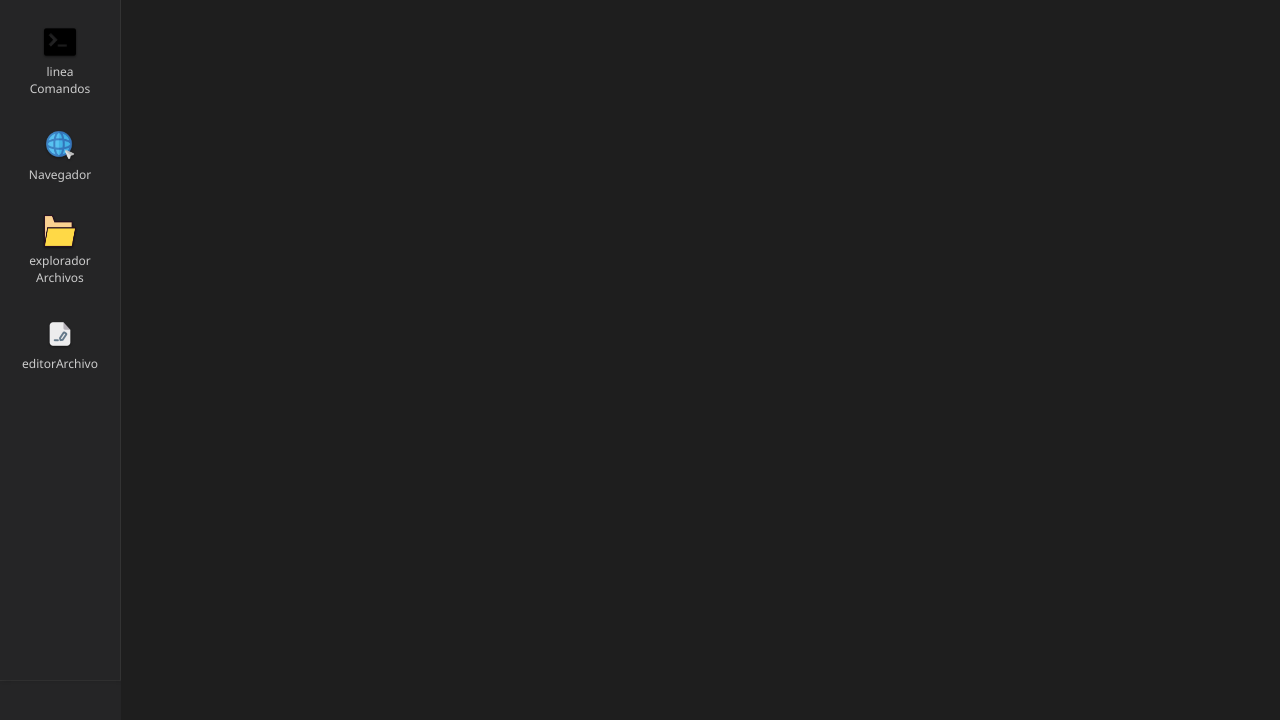
Repository: ValdezGalia/ProgramacionWebUcab
Page: lan-01.html
These files come from the project's save history. The page is drawn as it stood at one moment and after the next save; the edit follows.
The browser window is 1280 px wide. The pictures show the whole page.

Above is the page before, as saved 2025-11-13 17:37:30.
Console error: TypeError: Cannot read properties of null (reading 'addEventListener')

### lan-01.html
<!DOCTYPE html>
<html lang="es">

<head>
    <meta charset="UTF-8">
    <meta name="viewport" content="width=device-width, initial-scale=1.0">
    <meta name="author" content="Orlando Valdez / Jenry Youssef / Oscar Torres">
    <link rel="stylesheet" href="/style/lan-01.css">
    <title>NetOps Workstation: Estación de Trabajo</title>
</head>

<body>
    <main id="workstation-container">

        <nav id="app-navigation" aria-label="Aplicaciones de la estación de trabajo">
            <ul id="app-list">
                <li><a href="#" data-tool="lineaComandos"><img src="assets/img/terminal.png" class="app-icon" alt="lineaComandos">linea Comandos</a></li>
                <li><a href="#" data-tool="navegador"><img src="assets/img/navweb.png" class="app-icon" alt="Navegador">Navegador</a></li>
                <li><a href="#" data-tool="exploradorArchivos"><img src="assets/img/exploarch.png" class="app-icon" alt="exploradorArchivos">explorador Archivos</a></li>
                <li><a href="#" data-tool="editorArchivo"><img src="assets/img/editArchivo.png" class="app-icon" alt="editorArchivo">editorArchivo</a></li>
            </ul>
        </nav>

        <hr>
        <!-- Contenedor de herramientas de forma dinamica y sostenible -->
        <section id="application-display">
            <iframe id="tool-iframe" src="pages/lineaComandos.html" sandbox="allow-scripts allow-same-origin"
                title="Aplicación interactiva" width="99.5%" height="700px"></iframe>
        </section>

    </main>

    <footer aria-label="Estado y Diagnóstico">
        <p>Estado de la Estación: Conectada | <span class="user">Usuario</span></p>
    </footer>

    <script src="js/lan-windows-01.js"></script>

</body>

</html>

### style/lan-01.css

/* Colores de la interfaz: Estilo Oscuro */
:root {
    --bg-primary: #1e1e1e; /* Fondo principal (Oscuro) */
    --bg-secondary: #252526; /* Fondo de contenedores/paneles */
    --color-text: #cccccc; /* Texto principal */
    --color-accent: #0078d4; /* Azul de acento (como Windows) */
    --border-color: #333333; /* Color de borde y separadores */
}

/* Base Global */
html, body {
    height: 100%;
    margin: 0;
    padding: 0;
    font-family: 'Segoe UI', Tahoma, Geneva, Verdana, sans-serif; /* Fuente tipo Windows */
    background-color: var(--bg-primary);
    color: var(--color-text);
    overflow-y: hidden;
}

/* Contenedor Principal (Simula el Escritorio) */
#workstation-container {
    display: flex;
    flex-direction: row; /* Navegación a la izquierda, área de trabajo a la derecha */
    height: calc(100vh - 40px); /* 100% del alto menos el footer */
}

#app-navigation {
    width: 120px;
    background-color: var(--bg-secondary);
    padding: 10px 0;
    border-right: 1px solid var(--border-color);
    box-shadow: 2px 0 5px rgba(0, 0, 0, 0.2);
}

#app-list {
    display: flex;
    flex-direction: column;
    list-style: none;
    margin: 0;
    padding: 0;
}

#app-list li {
    margin: 5px 0;
}

#app-list a {
    display: flex;
    flex-direction: column;
    justify-content: center;
    align-items: center;
    text-decoration: none;

    color: var(--color-text);
    background-color: transparent;
    padding: 10px 5px;
    margin: 0 auto;
    width: 90px;
    border: 1px solid transparent;
    border-radius: 4px;
    transition: background-color 0.2s, border-color 0.2s;
}

.app-icon {
    width: 32px;
    height: 32px;
    margin-bottom: 5px;
    filter: drop-shadow(0 1px 1px rgba(0, 0, 0, 0.5));
}

#app-list a {
    font-size: 0.75em;
    font-weight: 400;
    text-align: center;
    color: var(--color-text);
}

#app-list a:hover {
    background-color: rgba(255, 255, 255, 0.1);
    border-color: rgba(255, 255, 255, 0.2);
    cursor: pointer;
}

#app-list a.active {
    background-color: var(--color-accent);
    border-color: var(--color-accent);
    color: white;
}

#app-list a.active span {
    color: white;
}

#application-display {
    flex-grow: 1;
    padding: 10px;
    background-color: var(--bg-primary);
    overflow: hidden;
}

#tool-iframe {
    width: 100%;
    height: 100%;
    border: 1px solid var(--border-color);
    border-radius: 5px;
    background-color: white;
}

hr {
    display: none;
}

footer {
    height: 40px;
    display: flex;
    justify-content: flex-end;
    align-items: center;
    background-color: var(--bg-secondary);
    border-top: 1px solid var(--border-color);
    padding: 0 15px;
    font-size: 0.9em;
}

.user {
    font-weight: bold;
    color: var(--color-accent);
}

/* --- Estilos de la Ventana de Aplicación (Simulación) --- */

/* Contenedor principal de la ventana (reemplaza al iframe directo) */
.app-window {
    position: absolute; /* Permite que flote sobre el fondo */
    top: 20px;
    left: 20px;
    width: 600px; /* Tamaño inicial de la ventana */
    height: 400px;
    background-color: var(--bg-secondary);
    border: 1px solid var(--border-color);
    border-radius: 5px;
    box-shadow: 0 10px 20px rgba(0, 0, 0, 0.4);
    display: flex;
    flex-direction: column;
    z-index: 100; /* Asegura que esté por encima de otros elementos */
    overflow: hidden;
    resize: both; /* Permite redimensionar con el ratón (opcional) */
    min-width: 300px;
    min-height: 200px;
    transition: all 0.3s ease;
}

/* Barra de Título de la Ventana */
.window-titlebar {
    display: flex;
    justify-content: space-between;
    align-items: center;
    padding: 5px 10px;
    background-color: #3f3f3f; /* Color de la barra de título */
    color: white;
    font-size: 0.9em;
    cursor: move; /* Indica que la ventana se puede arrastrar (aunque no implementaremos el arrastre sin una librería) */
    border-bottom: 1px solid var(--border-color);
}

.window-controls button {
    background: none;
    border: none;
    color: white;
    font-size: 1.2em;
    margin-left: 5px;
    cursor: pointer;
    padding: 2px 5px;
    transition: background-color 0.1s;
}

.window-controls button:hover {
    background-color: rgba(255, 255, 255, 0.2);
}

/* El contenido del iframe debe ocupar el resto del espacio */
.window-content {
    flex-grow: 1;
}

.window-content iframe {
    width: 100%;
    height: 100%;
    border: none; /* Quitamos el borde del iframe interno */
    display: block;
}

/* --- ESTADOS DE LA VENTANA --- */

/* 1. Estado Maximizado (Ocupa todo el área de display) */
.app-window.maximized {
    position: absolute;
    top: 0;
    left: 0;
    width: 100%;
    height: 100%;
    border-radius: 0;
    resize: none;
    transition: all 0.3s ease;
}

/* 2. Estado Minimizado (Oculta la ventana) */
.app-window.minimized {
    display: none; /* Oculta el iframe, pero lo mantiene "abierto" lógicamente */
}

/* Ejemplo de CSS que necesitas en lan-01.css */

/* Contenedor principal para limitar el arrastre */
#application-display {
    position: relative; /* Importante para que las ventanas absolutas se posicionen respecto a él */
    /* Define un alto fijo para que las ventanas no se escapen, e.g., 700px */
    height: 750px;
    overflow: hidden; /* Opcional: Oculta partes de ventanas si intentan salirse */
}

/* La ventana de la aplicación */
.app-window {
    position: absolute; /* CLAVE para poder manipular top/left */
    /* Establece un tamaño y estilo inicial para la ventana */
    width: 600px;
    min-height: 400px;
    background: #f0f0f0;
    border: 1px solid #aaa;
    box-shadow: 0 4px 8px rgba(0, 0, 0, 0.2);
    /* El z-index es manejado por JS, pero un valor inicial es bueno */
    z-index: 100;
}

### js/lan-windows-01.js
// document.addEventListener('DOMContentLoaded', () => {
// const mainContainer = document.getElementById('application-display');
// const navLinks = document.querySelectorAll('#app-list a');
// let currentWindow = null; // Referencia a la ventana activa

// // Tu único iframe original
// const originalIframe = document.getElementById('tool-iframe');

// // 1. Ocultar el iframe original y prepararlo para ser el contenido de la ventana
// originalIframe.style.display = 'none';

// // 2. Función para crear la estructura de la ventana
// const createWindowStructure = (toolName) => {
//     // Si ya hay una ventana, ciérrala primero para evitar múltiples ventanas (o puedes manejar múltiples)
//     if (currentWindow) {
//         currentWindow.remove();
//     }

//     // Crear el contenedor de la ventana
//     const windowDiv = document.createElement('div');
//     windowDiv.classList.add('app-window');
//     windowDiv.setAttribute('data-tool', toolName);

//     // Crear la barra de título
//     const titleBar = document.createElement('div');
//     titleBar.classList.add('window-titlebar');
//     titleBar.innerHTML = `
//         <span>${toolName}</span>
//         <div class="window-controls">
//             <button class="minimize-btn" title="Minimizar">—</button>
//             <button class="maximize-btn" title="Maximizar">□</button>
//             <button class="close-btn" title="Cerrar">✕</button>
//         </div>
//     `;

//     // Contenedor para el Iframe
//     const contentDiv = document.createElement('div');
//     contentDiv.classList.add('window-content');

//     // Mueve el iframe original dentro del contenido de la ventana
//     contentDiv.appendChild(originalIframe);
//     originalIframe.style.display = 'block'; // Mostrarlo dentro de la ventana

//     // Ensamblar la ventana
//     windowDiv.appendChild(titleBar);
//     windowDiv.appendChild(contentDiv);
//     mainContainer.appendChild(windowDiv);
//     currentWindow = windowDiv;

//     // Añadir manejadores de eventos a los botones
//     handleWindowControls(windowDiv, titleBar);
// };

// // 3. Manejar la lógica de los botones de control (Minimizar/Maximizar/Cerrar)
// const handleWindowControls = (windowDiv, titleBar) => {
//     const minimizeBtn = windowDiv.querySelector('.minimize-btn');
//     const maximizeBtn = windowDiv.querySelector('.maximize-btn');
//     const closeBtn = windowDiv.querySelector('.close-btn');

//     // Cerrar
//     closeBtn.addEventListener('click', () => {
//         windowDiv.classList.add('minimized'); // Lo "minimizamos" para quitarlo de la vista
//         windowDiv.remove(); // Opcional: Eliminar la ventana del DOM
//         currentWindow = null;
//         navLinks.forEach(navLink => navLink.classList.remove('active')); // Desactivar el ícono
//         // Devolvemos el iframe original al contenedor principal para que pueda volver a usarse
//         mainContainer.appendChild(originalIframe);
//         originalIframe.style.display = 'none';
//     });

//     // Minimizar (ocultar)
//     minimizeBtn.addEventListener('click', () => {
//         windowDiv.classList.toggle('minimized');
//         // Nota: Podrías querer un efecto de "barra de tareas" aquí en el footer
//     });

//     // Maximizar/Restaurar
//     maximizeBtn.addEventListener('click', () => {
//         windowDiv.classList.toggle('maximized');
//         // Cambiar el ícono del botón
//         maximizeBtn.innerHTML = windowDiv.classList.contains('maximized') ? '🗗' : '□';
//     });

//     // Extra: Clic en la barra de título trae la ventana al frente
//     titleBar.addEventListener('mousedown', () => {
//         windowDiv.style.zIndex = getHighestZIndex() + 1;
//     });
// };

// // Función auxiliar para traer la ventana al frente (simulación Z-Index)
// const getHighestZIndex = () => {
//     const zIndexes = Array.from(document.querySelectorAll('.app-window')).map(el => {
//         return parseInt(el.style.zIndex) || 0;
//     });
//     return zIndexes.length ? Math.max(...zIndexes) : 100;
// };

// // 4. Lógica para manejar el clic en la barra de navegación
// const setActiveTool = (link) => {
//     navLinks.forEach(navLink => navLink.classList.remove('active'));
//     link.classList.add('active');

//     const toolName = link.getAttribute('data-tool');
//     const newSrc = `pages/${toolName}.html`;

//     // 5. Crear o restaurar la ventana
//     if (!currentWindow || currentWindow.getAttribute('data-tool') !== toolName) {
//         // Si no hay ventana o es una aplicación diferente
//         createWindowStructure(toolName);
//         originalIframe.src = newSrc; // Cargar la nueva URL
//     } else if (currentWindow.classList.contains('minimized')) {
//         // Si la aplicación ya está abierta pero minimizada, restaurarla
//         currentWindow.classList.remove('minimized');
//     }

//     // Traer la ventana al frente
//     currentWindow.style.zIndex = getHighestZIndex() + 1;
// };

// // Agregar oyentes de eventos a los enlaces de navegación
// navLinks.forEach(link => {
//     link.addEventListener('click', (event) => {
//         event.preventDefault();
//         setActiveTool(link);
//     });
// });

// // Estado inicial: Desactivar todos los íconos al inicio
// navLinks.forEach(navLink => navLink.classList.remove('active'));
// });

document.addEventListener('DOMContentLoaded', () => {
    const mainContainer = document.getElementById('application-display');
    const navLinks = document.querySelectorAll('#app-list a');
    let currentWindow = null; // Referencia a la ventana activa

    // Tu único iframe original
    const originalIframe = document.getElementById('tool-iframe');

    // 1. Ocultar el iframe original y prepararlo para ser el contenido de la ventana
    originalIframe.style.display = 'none';

    // ==========================================================
    // NUEVA FUNCIONALIDAD DE ARRASTRE
    // ==========================================================
    const makeWindowDraggable = (windowDiv, titleBar) => {
        let isDragging = false;
        let offset = { x: 0, y: 0 };

        titleBar.addEventListener('mousedown', (e) => {
            // Impedir arrastrar si se hizo clic en un control de la ventana (cerrar, minimizar, etc.)
            if (e.target.closest('.window-controls')) {
                return;
            }

            isDragging = true;
            // Asegurarse de que la ventana esté posicionada absolutamente para poder arrastrarla
            if (windowDiv.style.position !== 'absolute') {
                windowDiv.style.position = 'absolute';
            }

            // Calcular el desplazamiento inicial (diferencia entre el clic y la posición de la ventana)
            offset.x = e.clientX - windowDiv.offsetLeft;
            offset.y = e.clientY - windowDiv.offsetTop;

            // Traer la ventana al frente al comenzar el arrastre
            windowDiv.style.zIndex = getHighestZIndex() + 1;

            // Impedir la selección de texto mientras se arrastra
            titleBar.style.cursor = 'grabbing';
        });

        document.addEventListener('mousemove', (e) => {
            if (!isDragging) return;

            // Calcular las nuevas posiciones
            let newX = e.clientX - offset.x;
            let newY = e.clientY - offset.y;

            // Opcional: Limitar el movimiento a los bordes del contenedor principal (mainContainer)
            const parentRect = mainContainer.getBoundingClientRect();
            const windowRect = windowDiv.getBoundingClientRect();

            // Asegurar que no se mueva más allá del borde izquierdo y superior
            newX = Math.max(0, newX);
            newY = Math.max(0, newY);

            // Asegurar que no se mueva más allá del borde derecho e inferior
            // Se resta la altura/ancho de la ventana para calcular el límite
            newX = Math.min(newX, parentRect.width - windowRect.width);
            newY = Math.min(newY, parentRect.height - windowRect.height);

            // Aplicar las nuevas posiciones
            windowDiv.style.left = `${newX}px`;
            windowDiv.style.top = `${newY}px`;
        });

        document.addEventListener('mouseup', () => {
            if (isDragging) {
                isDragging = false;
                titleBar.style.cursor = 'grab';
            }
        });
    };
    // ==========================================================

    // 2. Función para crear la estructura de la ventana
    const createWindowStructure = (toolName) => {
        // Si ya hay una ventana, ciérrala primero para evitar múltiples ventanas (o puedes manejar múltiples)
        if (currentWindow) {
            currentWindow.remove();
        }

        // Crear el contenedor de la ventana
        const windowDiv = document.createElement('div');
        windowDiv.classList.add('app-window');
        windowDiv.setAttribute('data-tool', toolName);

        // **IMPORTANTE**: Establecer una posición inicial (para que el arrastre funcione correctamente)
        // Puedes ajustar estos valores según dónde quieres que aparezca por primera vez.
        windowDiv.style.position = 'absolute';
        windowDiv.style.top = '50px';
        windowDiv.style.left = '50px';

        // Crear la barra de título
        const titleBar = document.createElement('div');
        titleBar.classList.add('window-titlebar');
        titleBar.innerHTML = `
            <span>${toolName}</span>
            <div class="window-controls">
                <button class="minimize-btn" title="Minimizar">—</button>
                <button class="maximize-btn" title="Maximizar">□</button>
                <button class="close-btn" title="Cerrar">✕</button>
            </div>
        `;

        // Contenedor para el Iframe
        const contentDiv = document.createElement('div');
        contentDiv.classList.add('window-content');

        // Mueve el iframe original dentro del contenido de la ventana
        contentDiv.appendChild(originalIframe);
        originalIframe.style.display = 'block'; // Mostrarlo dentro de la ventana

        // Ensamblar la ventana
        windowDiv.appendChild(titleBar);
        windowDiv.appendChild(contentDiv);
        mainContainer.appendChild(windowDiv);
        currentWindow = windowDiv;

        // Añadir manejadores de eventos a los botones y hacer la ventana arrastrable
        handleWindowControls(windowDiv, titleBar);
        // LLAMADA CLAVE: Hacer la ventana arrastrable
        makeWindowDraggable(windowDiv, titleBar);
    };

    // 3. Manejar la lógica de los botones de control (Minimizar/Maximizar/Cerrar)
    const handleWindowControls = (windowDiv, titleBar) => {
        const minimizeBtn = windowDiv.querySelector('.minimize-btn');
        const maximizeBtn = windowDiv.querySelector('.maximize-btn');
        const closeBtn = windowDiv.querySelector('.close-btn');

        // Cerrar
        closeBtn.addEventListener('click', () => {
            windowDiv.classList.add('minimized'); // Lo "minimizamos" para quitarlo de la vista
            windowDiv.remove(); // Opcional: Eliminar la ventana del DOM
            currentWindow = null;
            navLinks.forEach(navLink => navLink.classList.remove('active')); // Desactivar el ícono
            // Devolvemos el iframe original al contenedor principal para que pueda volver a usarse
            mainContainer.appendChild(originalIframe);
            originalIframe.style.display = 'none';
        });

        // Minimizar (ocultar)
        minimizeBtn.addEventListener('click', () => {
            windowDiv.classList.toggle('minimized');
            // Nota: Podrías querer un efecto de "barra de tareas" aquí en el footer
        });

        // Maximizar/Restaurar
        maximizeBtn.addEventListener('click', () => {
            windowDiv.classList.toggle('maximized');
            // Cambiar el ícono del botón
            maximizeBtn.innerHTML = windowDiv.classList.contains('maximized') ? '🗗' : '□';
        });

        // Extra: Clic en la barra de título trae la ventana al frente (sin arrastrar)
        titleBar.addEventListener('mousedown', (e) => {
             if (!e.target.closest('.window-controls')) { // Solo si no se hizo clic en un control
                windowDiv.style.zIndex = getHighestZIndex() + 1;
             }
        });
    };

    // Función auxiliar para traer la ventana al frente (simulación Z-Index)
    const getHighestZIndex = () => {
        // Asume que las ventanas comienzan en un z-index base de 100
        const zIndexes = Array.from(document.querySelectorAll('.app-window')).map(el => {
            return parseInt(el.style.zIndex) || 100;
        });
        return zIndexes.length ? Math.max(...zIndexes) : 100;
    };

    // 4. Lógica para manejar el clic en la barra de navegación
    const setActiveTool = (link) => {
        navLinks.forEach(navLink => navLink.classList.remove('active'));
        link.classList.add('active');

        const toolName = link.getAttribute('data-tool');
        const newSrc = `pages/${toolName}.html`;

        // 5. Crear o restaurar la ventana
        if (!currentWindow || currentWindow.getAttribute('data-tool') !== toolName) {
            // Si no hay ventana o es una aplicación diferente
            createWindowStructure(toolName);
            originalIframe.src = newSrc; // Cargar la nueva URL
        } else if (currentWindow.classList.contains('minimized')) {
            // Si la aplicación ya está abierta pero minimizada, restaurarla
            currentWindow.classList.remove('minimized');
        }

        // Traer la ventana al frente
        currentWindow.style.zIndex = getHighestZIndex() + 1;
    };

    // Agregar oyentes de eventos a los enlaces de navegación
    navLinks.forEach(link => {
        link.addEventListener('click', (event) => {
            event.preventDefault();
            setActiveTool(link);
        });
    });

    // Estado inicial: Desactivar todos los íconos al inicio
    navLinks.forEach(navLink => navLink.classList.remove('active'));
});

### pages/lineaComandos.html
<!DOCTYPE html>
<html lang="es">
<head>
    <meta charset="UTF-8">
    <meta name="viewport" content="width=device-width, initial-scale=1.0">
    <meta name="description" content="Un linea de comandos (CLI) basada en diseño de la de linux">
    <link rel="stylesheet" href="/style/commandline.css">
    <title>Linea de comandos</title>
</head>
<body>
    <div id="terminal-window">
        <pre id="terminal-output">Bienvenido al Simulador. Escriba 'help' para comenzar.</pre>

        <div id="command-line">
            <span id="prompt">user@simulador:~$ > </span>
            <input type="text" id="command-input" autofocus>
        </div>
    </div>

    <script src="../js/commandline.js"></script>
</body>
</html>

### style/commandline.css
* {
    margin: 0px;
    padding: 0px;
}

html, body{
    margin: 0;
    padding: 0;
    width: 100%;
    height: 100%;
    overflow: hidden;
    background-color: #333;
}

textarea{
    display: block;
    display: block;
    width: 100%;
    height: 100%;
    box-sizing: border-box;
    border: none;
    outline: none;
    resize: none;
    font-family: monospace;
    padding: 10px;
    background-color: #2036;
    color: white;
}

### js/commandline.js
const textarea = document.getElementById('cli');

textarea.addEventListener('keypress', ({keyCode}) => {
    if(keyCode === 13){
        const command = textarea.value;

        switch (command) {
            case 'ping':
                console.log("Hola mundo")

            break;

            default:
                break;
        }

    }
})

After the next save:
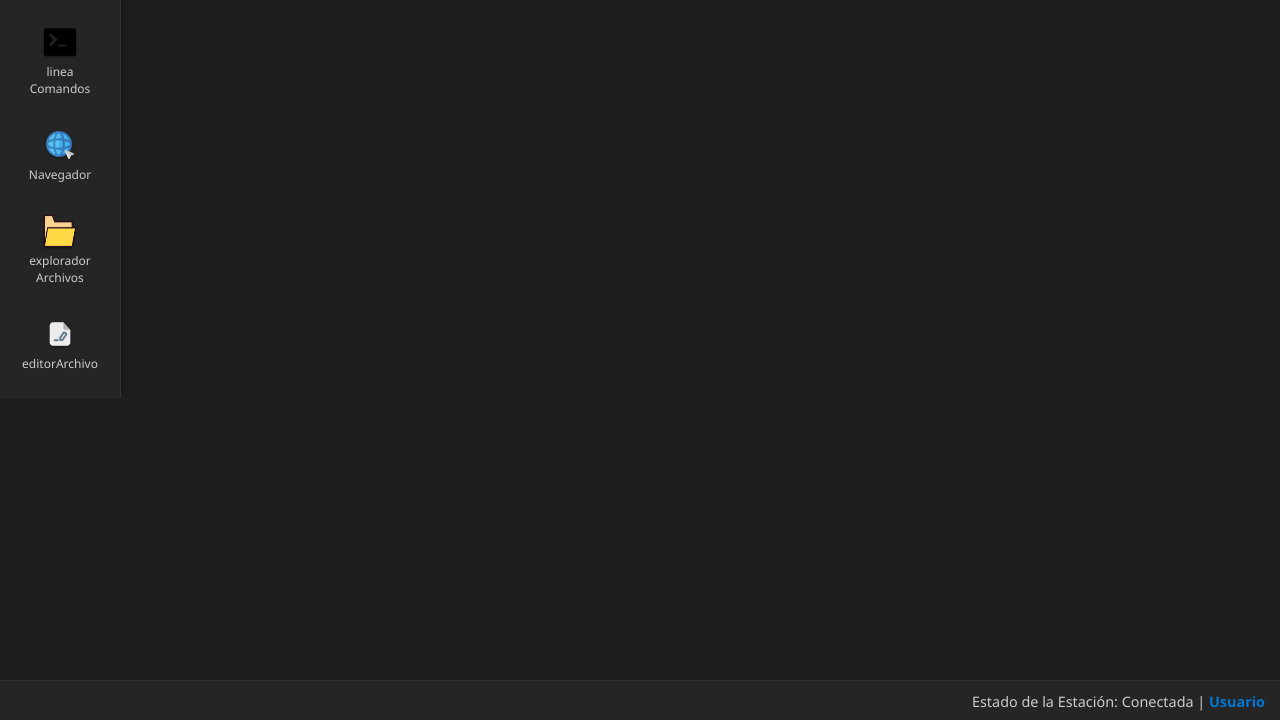
Saved 50 s later.
--- a/style/lan-01.css
+++ b/style/lan-01.css
@@ -22,7 +22,7 @@ html, body {
 /* Contenedor Principal (Simula el Escritorio) */
 #workstation-container {
     display: flex;
-    flex-direction: row; /* Navegación a la izquierda, área de trabajo a la derecha */
+    flex-direction: column; /* Navegación a la izquierda, área de trabajo a la derecha */
     height: calc(100vh - 40px); /* 100% del alto menos el footer */
 }
 
